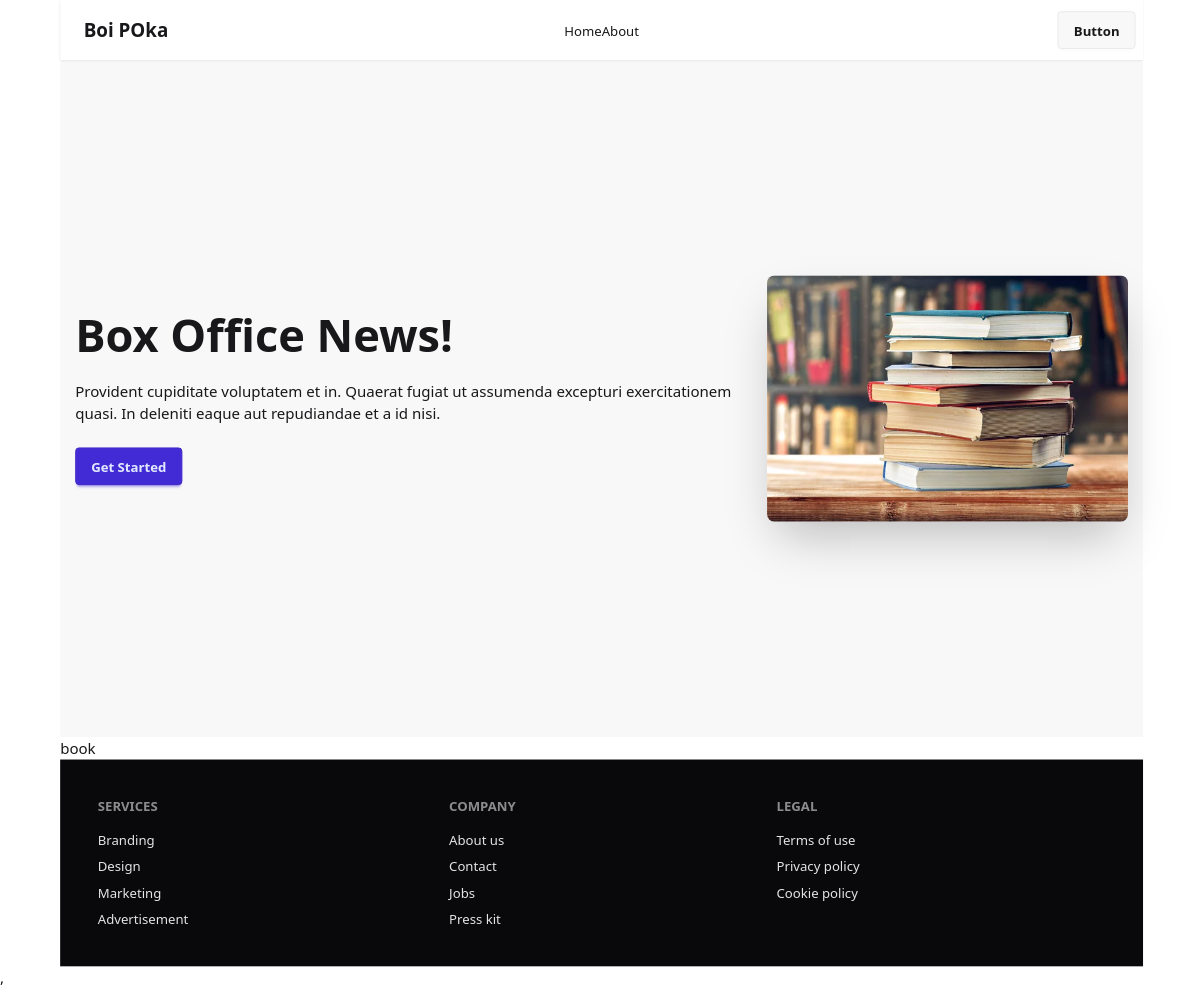
Repository: SanjidaSnigdha/Boipoka-Book-Vibe-Project
Page: /
An editor plug-in stored every save of this project. The page is shown before and after the next save, followed by the edit.
The browser window is 1280 px wide. The pictures show the whole page, at 94% of full size.
The project was rebuilt for these pictures with package versions that can differ from the ones it lists, and the page was loaded fresh each time. Also part of the build but not shown: vite.config.js, src/App.css, src/App.jsx, src/Pages/Root/ErrorPage/ErrorPage.jsx.

Above is the page before, as saved 2026-05-12 12:27:41.

### index.html
<!doctype html>
<html lang="en">
  <head>
    <meta charset="UTF-8" />
    <link rel="icon" type="image/svg+xml" href="/favicon.svg" />
    <meta name="viewport" content="width=device-width, initial-scale=1.0" />
    <title>boipuka</title>
  </head>
  <body>
    <div id="root"></div>
    <script type="module" src="/src/main.jsx"></script>
  </body>
</html>

### src/main.jsx
import { StrictMode } from 'react'
import { createRoot } from 'react-dom/client'
import './index.css'
import App from './App.jsx'
import {
  RouterProvider,
} from "react-router";
import { router } from './Routes/Routes.jsx';




createRoot(document.getElementById('root')).render(
  <StrictMode>
     <RouterProvider router={router} />,
  </StrictMode>,
)

### src/index.css
@import "tailwindcss";
@plugin "daisyui" {
themes : light --default, dark --prefersdark;
themes: light --default;
}
   dark mode to light mode ( index.css)

### src/Routes/Routes.jsx
import React from 'react';
import {
  createBrowserRouter,
} from "react-router";
import Root from '../Pages/Root/Root';
import ErrorPage from '../Pages/Root/ErrorPage/ErrorPage';
import { Component } from 'react';
import Home from '../Pages/Home/Home';

 export const router = createBrowserRouter([
  {
    path: "/",
    Component: Root,
    errorElement: <ErrorPage></ErrorPage>,
    children: [
      {
      index: true,
      path: '/',
      Component: Home

    },
  ],
},
]);

### src/Pages/Root/Root.jsx
import React from 'react';
import Navbar from '../../Components/Header/Navbar/Navbar';
import { Outlet } from 'react-router';
import Footer from '../../Components/Footer/Footer';

const Root = () => {
    return (
        <div className='max-w-6xl mx-auto'>
            <Navbar></Navbar>
            <Outlet></Outlet>
            <Footer></Footer>

        </div>
    );
};

export default Root;

### src/Pages/Home/Home.jsx
import React from 'react';
import Banner from '../../Components/Banner/Banner';
import Books from '../Books/Books';

const Home = () => {
    return (
        <div>
            <Banner></Banner>
            <Books></Books>
        </div>
    );
};

export default Home;

### src/Components/Header/Navbar/Navbar.jsx
import React from 'react';

const Navbar = () => {
    const links = <>
      <li>Home</li>
      <li>About</li>
    </>
    return (
        <div className="navbar bg-base-100 shadow-sm">
  <div className="navbar-start">
    <div className="dropdown">
      <div tabIndex={0} role="button" className="btn btn-ghost lg:hidden">
        <svg xmlns="http://www.w3.org/2000/svg" className="h-5 w-5" fill="none" viewBox="0 0 24 24" stroke="currentColor"> <path strokeLinecap="round" strokeLinejoin="round" strokeWidth="2" d="M4 6h16M4 12h8m-8 6h16" /> </svg>
      </div>
      <ul
        tabIndex="-1"
        className="menu menu-sm dropdown-content bg-base-100 rounded-box z-1 mt-3 w-52 p-2 shadow">
       {links}
      </ul>
    </div>
    <a className="btn btn-ghost text-xl">Boi POka</a>
  </div>
  <div className="navbar-center hidden lg:flex">
    <ul className="menu menu-horizontal px-1">
      {links}
    </ul>
  </div>
  <div className="navbar-end">
    <a className="btn">Button</a>
  </div>
</div>
    );
};

export default Navbar;

### src/Components/Footer/Footer.jsx
import React from 'react';

const Footer = () => {
    return (
        <footer className="footer sm:footer-horizontal bg-neutral text-neutral-content p-10">
  <nav>
    <h6 className="footer-title">Services</h6>
    <a className="link link-hover">Branding</a>
    <a className="link link-hover">Design</a>
    <a className="link link-hover">Marketing</a>
    <a className="link link-hover">Advertisement</a>
  </nav>
  <nav>
    <h6 className="footer-title">Company</h6>
    <a className="link link-hover">About us</a>
    <a className="link link-hover">Contact</a>
    <a className="link link-hover">Jobs</a>
    <a className="link link-hover">Press kit</a>
  </nav>
  <nav>
    <h6 className="footer-title">Legal</h6>
    <a className="link link-hover">Terms of use</a>
    <a className="link link-hover">Privacy policy</a>
    <a className="link link-hover">Cookie policy</a>
  </nav>
</footer>
    );
};

export default Footer;

### src/Components/Banner/Banner.jsx
import React from 'react';
import bookImage from '../../assets/books.jpg'

const Banner = () => {
    return (

        <div className="hero bg-base-200 min-h-screen">
  <div className="hero-content flex-col lg:flex-row-reverse">
    <img
      src={bookImage}
      className="max-w-sm rounded-lg shadow-2xl"
    />
    <div>
      <h1 className="text-5xl font-bold">Box Office News!</h1>
      <p className="py-6">
        Provident cupiditate voluptatem et in. Quaerat fugiat ut assumenda excepturi exercitationem
        quasi. In deleniti eaque aut repudiandae et a id nisi.
      </p>
      <button className="btn btn-primary">Get Started</button>
    </div>
  </div>
</div>

    );
};

export default Banner;

### src/Pages/Books/Books.jsx
import React, { useEffect, useState } from 'react';

const Books = () => {
    const [allBooks, setAllBooks] = useState([]);
    useEffect(() => {
        fetch("booksData.json")
        .then(res=>res.json())
        .then(data =>{
            setAllBooks(data)
        })
    },[])
    return (
        <div>
            <h1>book</h1>
        </div>
    );
};

export default Books;

### public/booksData.json
[
  {
    "bookId": 1,
    "bookName": "The Great Gatsby",
    "author": "F. Scott Fitzgerald",
    "image": "https://i.ibb.co.com/khHN7Pk/9780143454212.jpg",
    "review": "'The Great Gatsby' by F. Scott Fitzgerald is a timeless masterpiece that delves into the decadence and disillusionment of the Jazz Age. Set in the Roaring Twenties, the novel unveils the enigmatic Jay Gatsby's extravagant parties, masking a pursuit of lost love. Narrated by Nick Carraway, the story explores themes of wealth, love, and the American Dream, drawing readers into a vivid portrayal of the glittering yet elusive world of the East and West Egg. Fitzgerald's prose is both poetic and haunting, weaving a compelling narrative that transcends its era. A poignant exploration of societal excess and the human condition, 'The Great Gatsby' remains a literary gem that resonates across generations.",
    "totalPages": 192,
    "rating": 4.5,
    "category": "Classic",
    "tags": ["Fiction", "Romance"],
    "publisher": "Scribner",
    "yearOfPublishing": 1925
  },
  {
    "bookId": 2,
    "bookName": "To Kill a Mockingbird",
    "author": "Harper Lee",
    "image": "https://i.ibb.co.com/0cv102J/To-Kill-a-Mockingbird.webp",
    "review": "'The Great Gatsby' by F. Scott Fitzgerald is a timeless masterpiece that delves into the decadence and disillusionment of the Jazz Age. Set in the Roaring Twenties, the novel unveils the enigmatic Jay Gatsby's extravagant parties, masking a pursuit of lost love. Narrated by Nick Carraway, the story explores themes of wealth, love, and the American Dream, drawing readers into a vivid portrayal of the glittering yet elusive world of the East and West Egg. Fitzgerald's prose is both poetic and haunting, weaving a compelling narrative that transcends its era. A poignant exploration of societal excess and the human condition, 'The Great Gatsby' remains a literary gem that resonates across generations.",
    "totalPages": 281,
    "rating": 4.8,
    "category": "Fiction",
    "tags": ["Drama", "Social Justice"],
    "publisher": "J.B. Lippincott & Co.",
    "yearOfPublishing": 1960
  },
  {
    "bookId": 3,
    "bookName": "1984",
    "author": "George Orwell",
    "image": "https://i.ibb.co.com/MprDyVt/51-BIA4rrae-L-AC-UF1000-1000-QL80.jpg",
    "review": "'The Great Gatsby' by F. Scott Fitzgerald is a timeless masterpiece that delves into the decadence and disillusionment of the Jazz Age. Set in the Roaring Twenties, the novel unveils the enigmatic Jay Gatsby's extravagant parties, masking a pursuit of lost love. Narrated by Nick Carraway, the story explores themes of wealth, love, and the American Dream, drawing readers into a vivid portrayal of the glittering yet elusive world of the East and West Egg. Fitzgerald's prose is both poetic and haunting, weaving a compelling narrative that transcends its era. A poignant exploration of societal excess and the human condition, 'The Great Gatsby' remains a literary gem that resonates across generations.",
    "totalPages": 328,
    "rating": 4.6,
    "category": "Fiction",
    "tags": ["Dystopian", "Political"],
    "publisher": "Secker & Warburg",
    "yearOfPublishing": 1949
  },
  {
    "bookId": 4,
    "bookName": "The Catcher in the Rye",
    "author": "J.D. Salinger",
    "image": "https://i.ibb.co.com/tYSWRfG/catcherrye-edited-1-800x.png",
    "review": "'The Great Gatsby' by F. Scott Fitzgerald is a timeless masterpiece that delves into the decadence and disillusionment of the Jazz Age. Set in the Roaring Twenties, the novel unveils the enigmatic Jay Gatsby's extravagant parties, masking a pursuit of lost love. Narrated by Nick Carraway, the story explores themes of wealth, love, and the American Dream, drawing readers into a vivid portrayal of the glittering yet elusive world of the East and West Egg. Fitzgerald's prose is both poetic and haunting, weaving a compelling narrative that transcends its era. A poignant exploration of societal excess and the human condition, 'The Great Gatsby' remains a literary gem that resonates across generations.",
    "totalPages": 224,
    "rating": 4.3,
    "category": "Fiction",
    "tags": ["Young Adult", "Identity"],
    "publisher": "Little, Brown and Company",
    "yearOfPublishing": 1951
  },
  {
    "bookId": 5,
    "bookName": "Pride and Prejudice",
    "author": "Jane Austen",
    "image": "https://i.ibb.co.com/YdQDMpn/81me-ud-V63-L-AC-UF1000-1000-QL80.jpg",
    "review": "'The Great Gatsby' by F. Scott Fitzgerald is a timeless masterpiece that delves into the decadence and disillusionment of the Jazz Age. Set in the Roaring Twenties, the novel unveils the enigmatic Jay Gatsby's extravagant parties, masking a pursuit of lost love. Narrated by Nick Carraway, the story explores themes of wealth, love, and the American Dream, drawing readers into a vivid portrayal of the glittering yet elusive world of the East and West Egg. Fitzgerald's prose is both poetic and haunting, weaving a compelling narrative that transcends its era. A poignant exploration of societal excess and the human condition, 'The Great Gatsby' remains a literary gem that resonates across generations.",
    "totalPages": 279,
    "rating": 4.7,
    "category": "Classic",
    "tags": ["Romance", "Satire"],
    "publisher": "T. Egerton, Whitehall",
    "yearOfPublishing": 1813
  },
  {
    "bookId": 6,
    "bookName": "The Hobbit",
    "author": "J.R.R. Tolkien",
    "image": "https://i.ibb.co.com/xS8YvxL/81m-CE-uclx-L-UF1000-1000-QL80.jpg",
    "review": "'The Great Gatsby' by F. Scott Fitzgerald is a timeless masterpiece that delves into the decadence and disillusionment of the Jazz Age. Set in the Roaring Twenties, the novel unveils the enigmatic Jay Gatsby's extravagant parties, masking a pursuit of lost love. Narrated by Nick Carraway, the story explores themes of wealth, love, and the American Dream, drawing readers into a vivid portrayal of the glittering yet elusive world of the East and West Egg. Fitzgerald's prose is both poetic and haunting, weaving a compelling narrative that transcends its era. A poignant exploration of societal excess and the human condition, 'The Great Gatsby' remains a literary gem that resonates across generations.",
    "totalPages": 310,
    "rating": 4.9,
    "category": "Fantasy",
    "tags": ["Adventure", "Epic"],
    "publisher": "Allen & Unwin",
    "yearOfPublishing": 1937
  },
  {
    "bookId": 7,
    "bookName": "Harry Potter and the Sorcerer's Stone",
    "author": "J.K. Rowling",
    "image": "https://i.ibb.co.com/989qMRW/42844155.jpg",
    "review": "'The Great Gatsby' by F. Scott Fitzgerald is a timeless masterpiece that delves into the decadence and disillusionment of the Jazz Age. Set in the Roaring Twenties, the novel unveils the enigmatic Jay Gatsby's extravagant parties, masking a pursuit of lost love. Narrated by Nick Carraway, the story explores themes of wealth, love, and the American Dream, drawing readers into a vivid portrayal of the glittering yet elusive world of the East and West Egg. Fitzgerald's prose is both poetic and haunting, weaving a compelling narrative that transcends its era. A poignant exploration of societal excess and the human condition, 'The Great Gatsby' remains a literary gem that resonates across generations.",
    "totalPages": 309,
    "rating": 4.8,
    "category": "Fantasy",
    "tags": ["Magic", "Young Adult"],
    "publisher": "Bloomsbury",
    "yearOfPublishing": 1997
  },
  {
    "bookId": 8,
    "bookName": "The Alchemist",
    "author": "Paulo Coelho",
    "image": "https://i.ibb.co.com/zS9jsdK/18144590.jpg",
    "review": "'The Great Gatsby' by F. Scott Fitzgerald is a timeless masterpiece that delves into the decadence and disillusionment of the Jazz Age. Set in the Roaring Twenties, the novel unveils the enigmatic Jay Gatsby's extravagant parties, masking a pursuit of lost love. Narrated by Nick Carraway, the story explores themes of wealth, love, and the American Dream, drawing readers into a vivid portrayal of the glittering yet elusive world of the East and West Egg. Fitzgerald's prose is both poetic and haunting, weaving a compelling narrative that transcends its era. A poignant exploration of societal excess and the human condition, 'The Great Gatsby' remains a literary gem that resonates across generations.",
    "totalPages": 177,
    "rating": 4.6,
    "category": "Fiction",
    "tags": ["Philosophical", "Adventure"],
    "publisher": "HarperCollins",
    "yearOfPublishing": 1988
  },
  {
    "bookId": 9,
    "bookName": "The Girl on the Train",
    "author": "Paula Hawkins",
    "image": "https://i.ibb.co.com/P6hfCmJ/Whats-App-Image-2024-05-22-at-11-21-25-2e21ae46.jpg",
    "review": "'The Great Gatsby' by F. Scott Fitzgerald is a timeless masterpiece that delves into the decadence and disillusionment of the Jazz Age. Set in the Roaring Twenties, the novel unveils the enigmatic Jay Gatsby's extravagant parties, masking a pursuit of lost love. Narrated by Nick Carraway, the story explores themes of wealth, love, and the American Dream, drawing readers into a vivid portrayal of the glittering yet elusive world of the East and West Egg. Fitzgerald's prose is both poetic and haunting, weaving a compelling narrative that transcends its era. A poignant exploration of societal excess and the human condition, 'The Great Gatsby' remains a literary gem that resonates across generations.",
    "totalPages": 316,
    "rating": 4.2,
    "category": "Mystery",
    "tags": ["Suspense", "Psychological"],
    "publisher": "Riverhead Books",
    "yearOfPublishing": 2015
  }
]

After the next save:
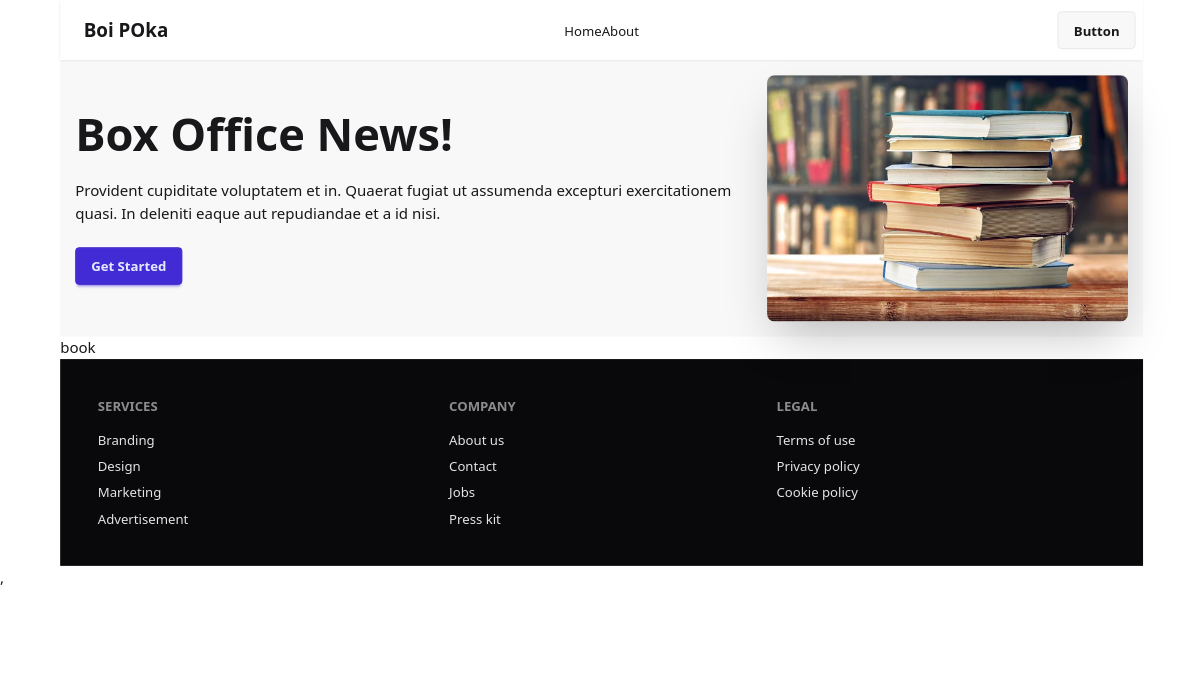
Saved 9 min 14 s later.
--- a/src/Components/Banner/Banner.jsx
+++ b/src/Components/Banner/Banner.jsx
@@ -4,7 +4,7 @@
 const Banner = () => {
     return (
 
-        <div className="hero bg-base-200 min-h-screen">
+        <div className="hero bg-base-200 h-70px">
   <div className="hero-content flex-col lg:flex-row-reverse">
     <img
       src={bookImage}
